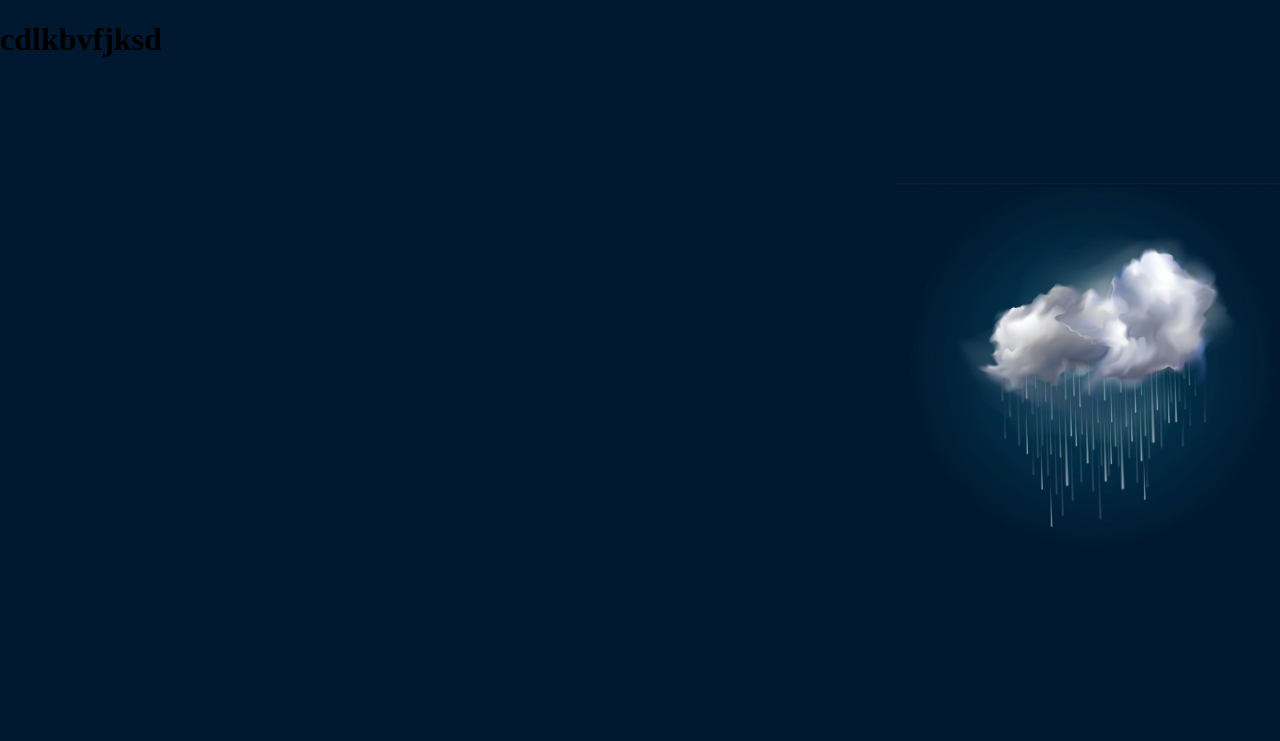
Repository: fateme81yosefi/weather
Page: landing/Landing.html
These files come from the project's save history. The page is drawn as it stood at one moment and after the next save; the edit follows.
The browser window is 1280 px wide. The pictures show the whole page.

Above is the page before, as saved 2025-02-02 16:37:02.

### landing/Landing.html
<!doctype html>
<html lang="en">
	<head>
		<meta charset="utf-8">
		<meta name="viewport" content="width=device-width,initial-scale=1">
        <link rel="stylesheet" href="./style/landing.css">

		<title>هواشناسی</title>
	</head>
	<body>
        <div class="container-landing">
            <h1>cdlkbvfjksd</h1>
        </div>


		<script src="./js/landing.js"></script>
	</body>

</html>

### landing/style/landing.css
body {
  margin: 0 !important;
  padding: 0;
  overflow: hidden;
  background-color: #001830 ;
}
.container-landing {
  background-image:url("../images/bg.jpg");
  background-position: right;
  background-size: 30%;
  background-repeat: no-repeat;
  height: 100vh;
  margin: 0;
  padding: 0;
}

Loaded but not shown: landing/js/landing.js (no stored copy; drawn as an empty file)

After the next save:
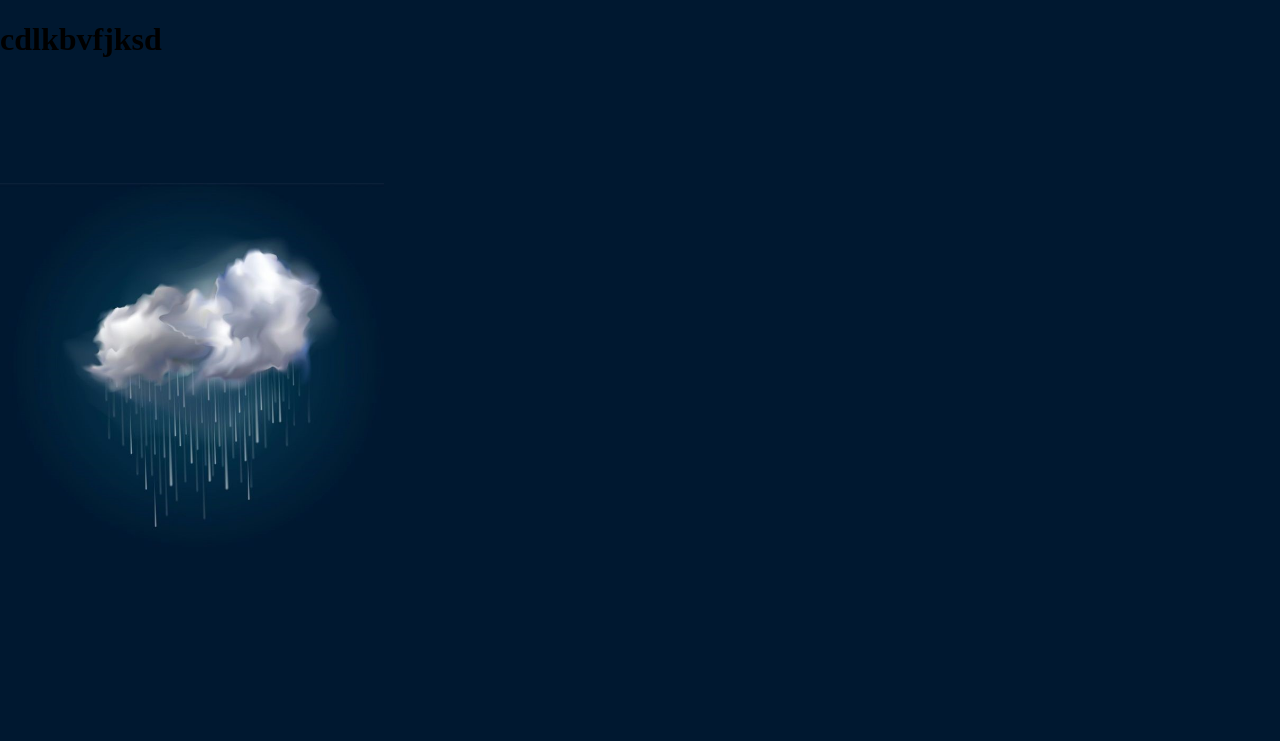
Saved 7 s later.
--- a/landing/style/landing.css
+++ b/landing/style/landing.css
@@ -6,7 +6,7 @@ body {
 }
 .container-landing {
   background-image:url("../images/bg.jpg");
-  background-position: right;
+  background-position: left;
   background-size: 30%;
   background-repeat: no-repeat;
   height: 100vh;
